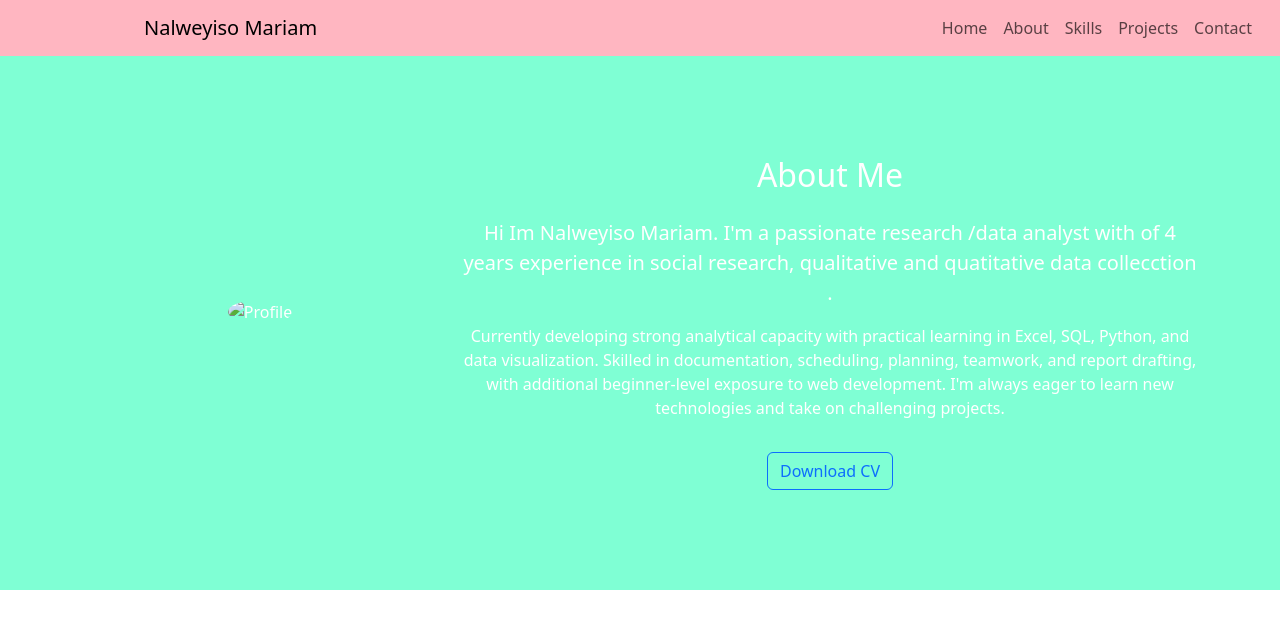
Repository: NalweMari/My-Personal-Portfolio
Page: index.html
These files come from the project's save history. The page is drawn as it stood at one moment and after the next save; the edit follows.
The browser window is 1280 px wide. The pictures show the whole page.

Above is the page before, as saved 2025-11-27 18:21:24.
Console error (its wording comes from the project's code and is left out).

### index.html
<!DOCTYPE html>
<html lang="en">

<head>
    <meta charset="UTF-8">
    <meta name="viewport" content="width=device-width, initial-scale=1.0">
    <title>My Portfolio</title>
    <link rel="stylesheet" href="style.css">
    <!-- Bootstrap CSS -->
    <link href="https://cdn.jsdelivr.net/npm/bootstrap@5.3.0/dist/css/bootstrap.min.css" rel="stylesheet">
    <!-- Font Awesome for icons -->
    <link rel="stylesheet" href="https://cdnjs.cloudflare.com/ajax/libs/font-awesome/6.4.0/css/all.min.css">

</head>

<body>
    <!-- Navigation -->

    <nav class="navbar navbar-expand-lg navbar-light bg-custom">
        <div class="container me-2">
            <a class="navbar-brand" href="#">Nalweyiso Mariam</a> <button class="navbar-toggler" type="button" data- 6
                toggle="collapse" data-target="#navbarNav" aria-controls="navbarNav" aria-expanded="false"
                aria-label="Toggle navigation"> <span class="navbar-toggler-icon"></span> </button>
            <div class="collapse navbar-collapse" id="navbarNav">
                <ul class="navbar-nav ms-auto">
                    <a class="nav-link" href="#">Home</a>
                    </li>
                    <li class="nav-item">
                        <a class="nav-link" href="#">About</a>
                    </li>
                    <li class="nav-item">
                        <a class="nav-link" href="#">Skills</a>
                    </li>
                    <li class="nav-item">
                        <a class="nav-link" href="#">Projects</a>
                    </li>
                    <li class="nav-item">
                        <a class="nav-link" href="#">Contact</a>
                    <li class="nav-item active">
                </ul>
            </div>
        </div>
    </nav>

    <!-- Hero Section -->
    <section id="home" class="hero-section text-center">
        <div class="container">
            <div class="row align-items-center">
                <div class="col-md-4 text-center mb-4">
                    <img src="" alt="Profile" class="img-fluid rounded-circle">
                </div>
                <div class="col-md-8">
                    <h2 class="mb-4">About Me</h2>
                    <p class="lead">Hi Im Nalweyiso Mariam. I'm a passionate research /data analyst with of 4 years
                        experience in social research, qualitative and quatitative data collecction .</p>
                    <p>Currently developing strong analytical capacity with practical learning in Excel, SQL, Python,
                        and data visualization. Skilled in documentation, scheduling, planning, teamwork, and report
                        drafting, with additional beginner-level exposure to web development. I'm always eager to learn
                        new technologies and take on challenging projects.</p>
                    <a href="#" class="btn btn-outline-primary mt-3">Download CV</a>
                </div>
            </div>
        </div>
        <script src="https://stackpath.bootstrapcdn.com/bootstrap/4.5.2/js/bootstrap.min.js"></script>
</body>

</html>

### Style.css
.bg-custom {
  background-color: lightpink;
}
.hero-section {
  background-color: aquamarine;
     color: white;
  padding: 100px 0;
}
/* .skill-bar {
  height: 20px;
  background-color: #e9ecef;
  border-radius: 5px;
  margin-bottom: 15px;
}
.skill-progress {
  height: 100%;
  border-radius: 5px;
  background-color: #0d6efd;
}
.project-card {
  transition: transform 0.3s;
}
.project-card:hover {
  transform: translateY(-5px);
} */

After the next save:
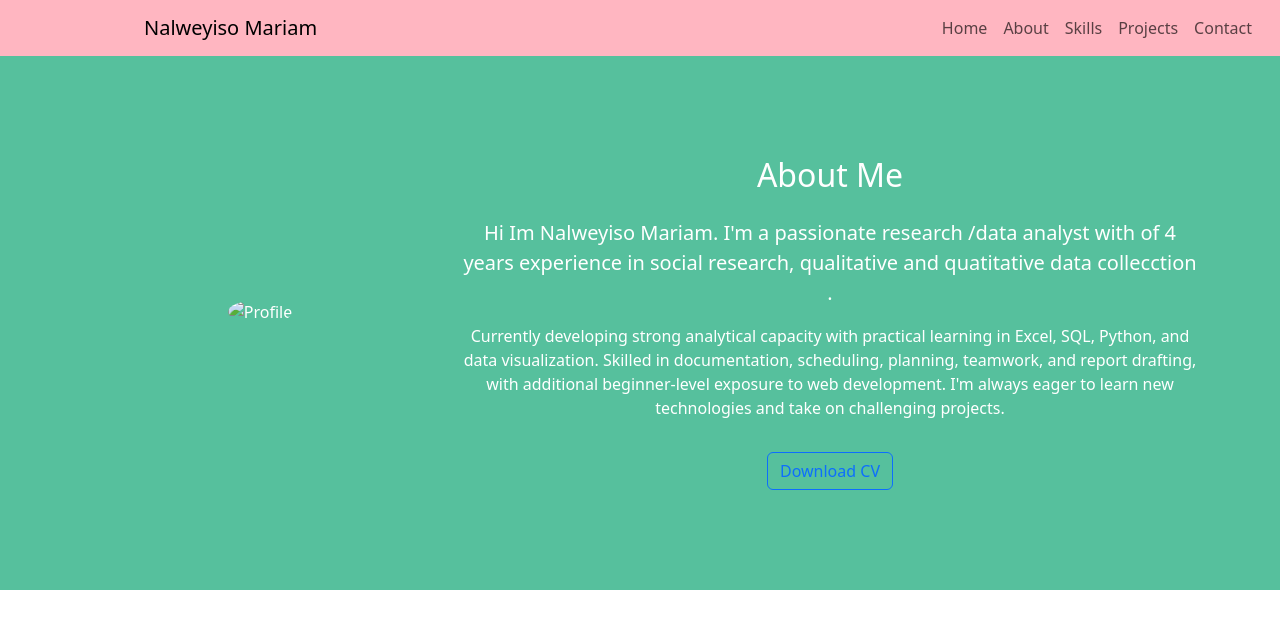
Saved 13 s later.
--- a/Style.css
+++ b/Style.css
@@ -2,7 +2,7 @@
   background-color: lightpink;
 }
 .hero-section {
-  background-color: aquamarine;
+  background-color: rgb(86, 192, 157);
      color: white;
   padding: 100px 0;
 }
